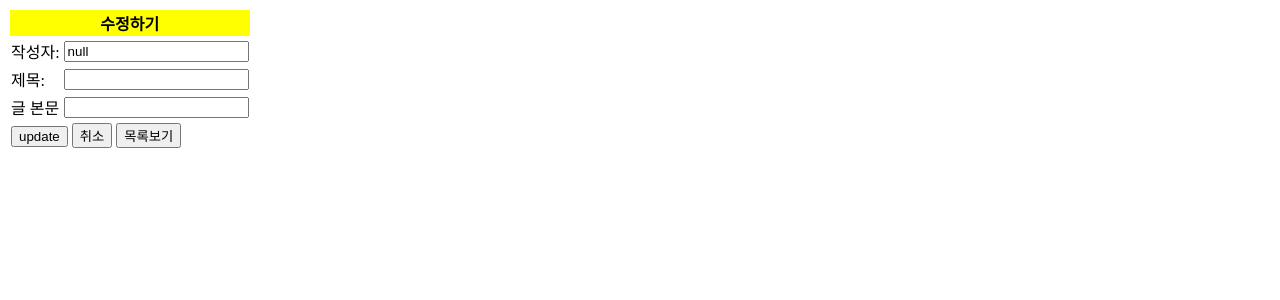
Repository: LifeIsRightward/WebServer
Page: http://localhost/JSPBook/Project/tcupdate.jsp
An editor plug-in stored every save of this project. The page is shown before and after the next save, followed by the edit.
The browser window is 1280 px wide. The pictures show the whole page.
The page is served by Tomcat 9. Queries for data that is not in the repository find no rows.

Above is the page before, as saved 2024-06-07 17:46:58.

After the next save:
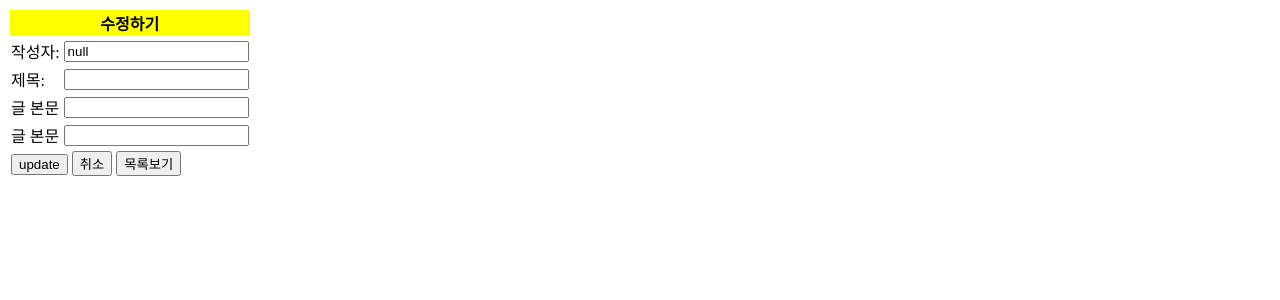
Saved 16 s later.
--- a/JSPBook/src/main/webapp/Project/tcupdate.jsp
+++ b/JSPBook/src/main/webapp/Project/tcupdate.jsp
@@ -64,6 +64,10 @@
 	   				<td><input type="text" name="content" value="<%=content%>"></td>
 	   			</tr>
 	   			<tr>
+	   				<td>글 본문 </td>
+	   				<td><input type="text" name="content" value="<%=content%>"></td>
+	   			</tr>
+	   			<tr>
 	   				<td colspan="2">
 	   				<input type = "submit" value="update" name="separation">
 	   				<input type = "reset" value="취소">
